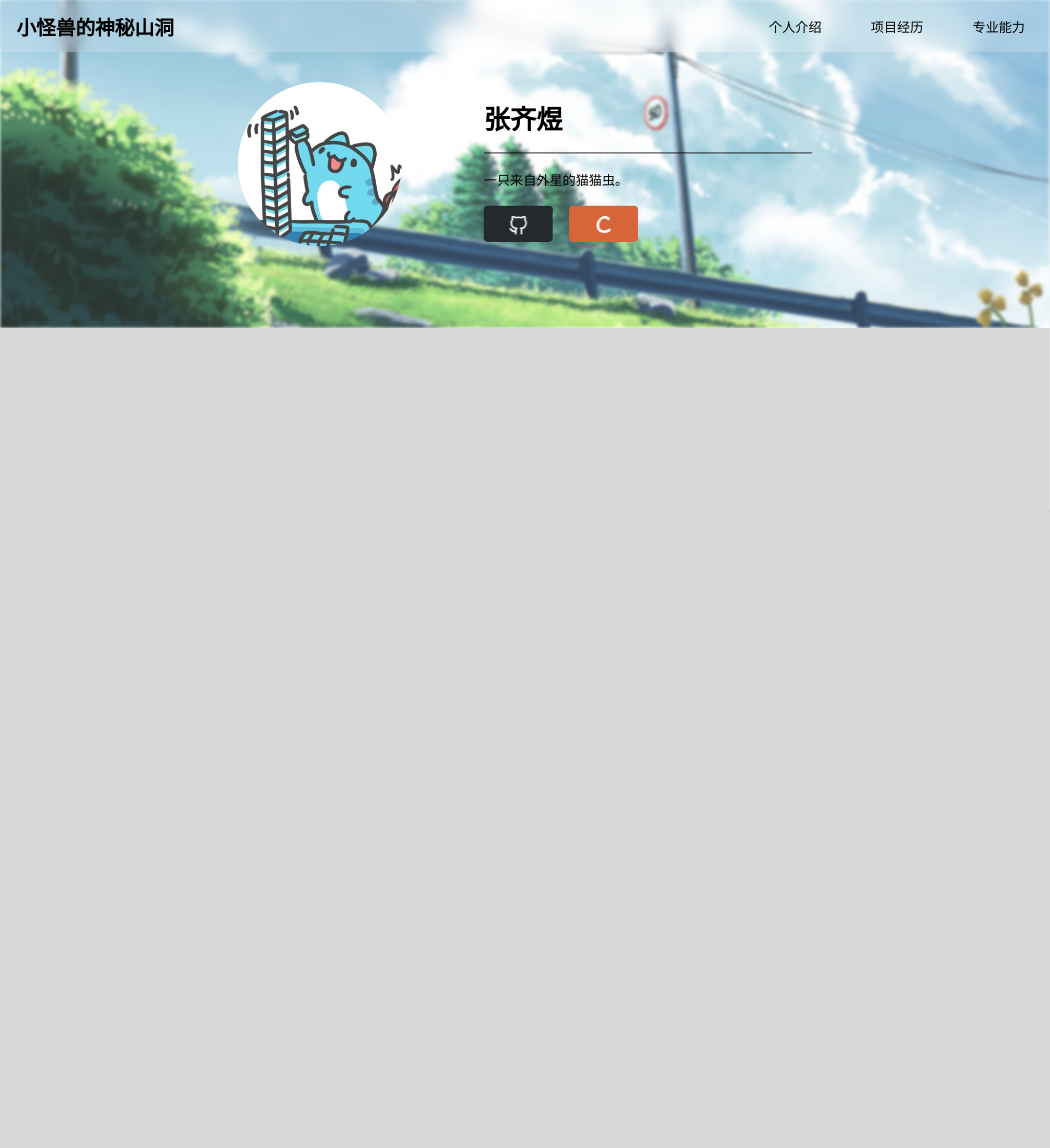
Repository: TheBiggestFatCat/myblog-frontend
Page: /
The author's editor kept a copy of each file at every save. The page is drawn from the files as they stood at one save, then again after the next save.
The browser window is 1280 px wide. The pictures show the whole page, at 82% of full size.
The project was rebuilt for these pictures with package versions that can differ from the ones it lists, and the page was loaded fresh each time. Also part of the build but not shown: vite.config.ts.

Above is the page before, as saved 2023-02-26 10:41:15.

After the next save:
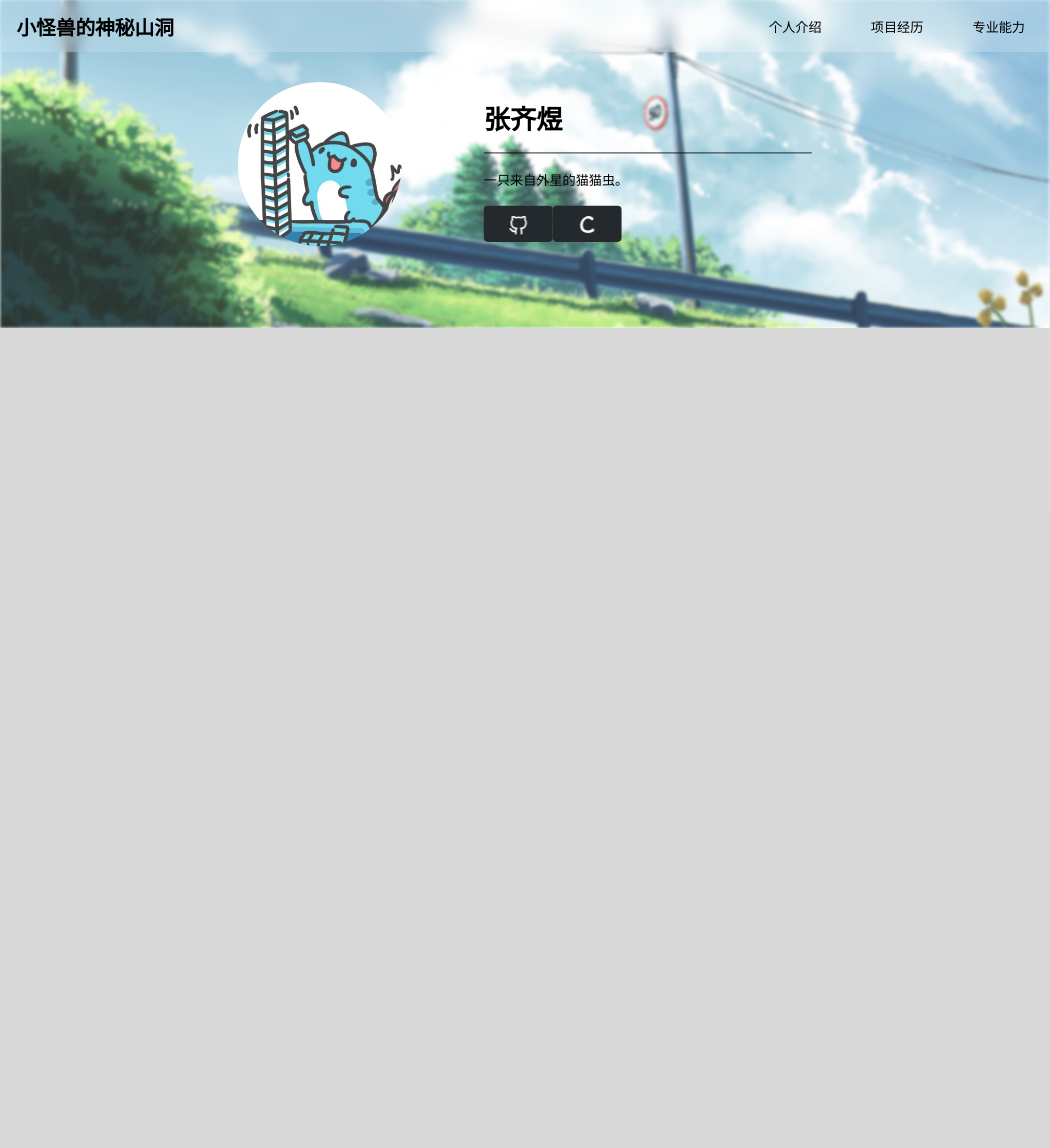
Saved 24 s later.
--- a/src/components/Home/Home.vue
+++ b/src/components/Home/Home.vue
@@ -11,6 +11,8 @@
         <p v-for="i in introduction" :key="i">{{ i }}</p>
         <a href="https://github.com/" target="_blank">
           <button><img src="@/assets/icons/github.svg" style="position: relative; top: 4px;" alt=""></button>
+        </a>
+        <a href="">
           <button><img src="@/assets/icons/csdn.svg" style="position: relative; top: 2px; width: 24px" alt=""></button>
         </a>
       </div>
